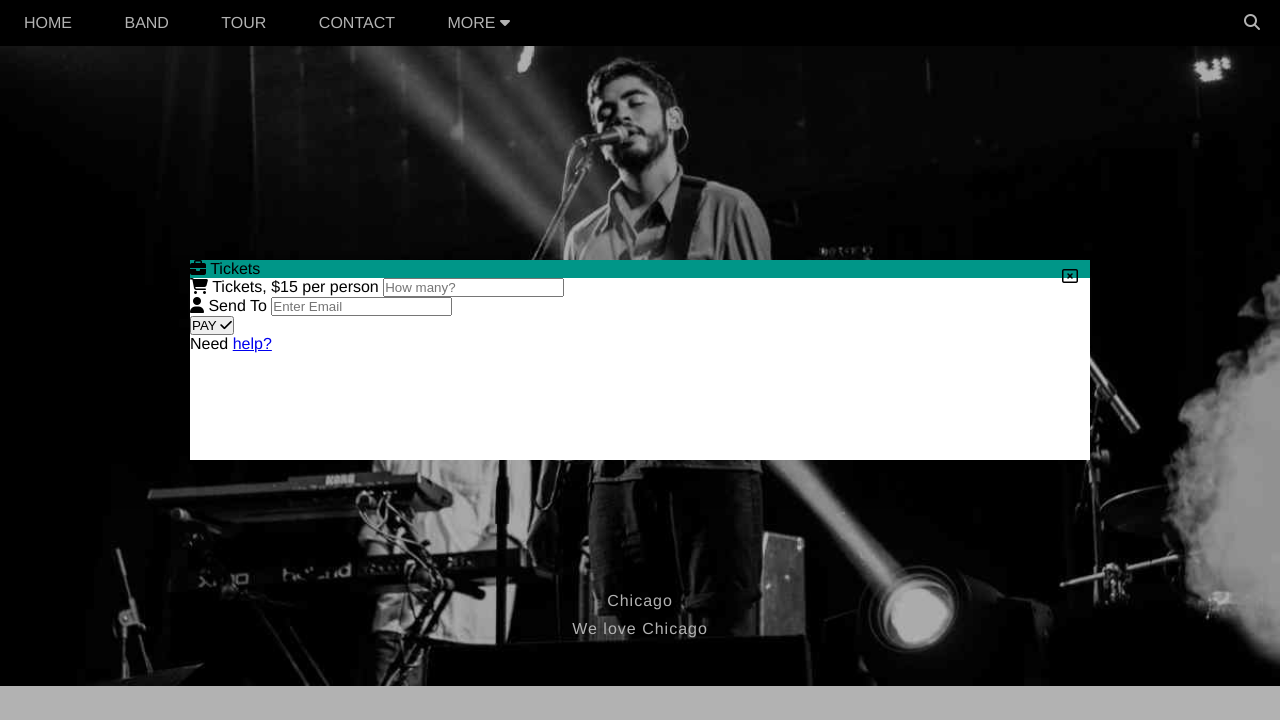
Repository: NguyenMinhChau/Theband
Page: index.html
These files come from the project's save history. The page is drawn as it stood at one moment and after a run of saves; the edit follows.
The browser window is 1280 px wide. The pictures show the window.
A layer covers the whole window, so only the first screen is drawn. Some web libraries are served in a nearby version.

Above is the page before, as saved 2021-10-23 12:56:33.

### index.html
<!DOCTYPE html>
<html lang="en">
<head>
    <meta charset="UTF-8">
    <meta http-equiv="X-UA-Compatible" content="IE=edge">
    <meta name="viewport" content="width=device-width, initial-scale=1.0">
    <title>THE BAND</title>
    <link rel="icon" href="https://www.w3schools.com/w3css/img_la.jpg"/>
    <script src="https://kit.fontawesome.com/a7b0f58175.js" crossorigin="anonymous"></script>
    <link rel="stylesheet" href="./assets/css/style.css">
</head>
<body>
    <div id="main">
        <div id="header">
            <!-- Begin Navigation -->
            <ul id="nav">
                <li><a href="#">Home</a></li>
                <li><a href="#">Band</a></li>
                <li><a href="#">Tour</a></li>
                <li><a href="#">Contact</a></li>
                <li><a href="#">More <i class="fas fa-caret-down"></i></a>
                    <ul class="subnav">
                        <li><a href="#">Merchandise</a></li>
                        <li><a href="#">Extras</a></li>
                        <li><a href="#">Media</a></li>
                    </ul>
                </li>
            </ul>
            <!-- End Navigation -->

            <!-- Begin Search -->
            <div class="icon-search">
                <a href="#"><i class="header-icon-search fas fa-search"></i></a>
            </div>
            <!-- End Search -->
        </div>

        <div id="slider">
            <div class="description">
                <h4>Chicago</h4>
                <p>We love Chicago</p>
            </div>
        </div>

        <div id="content">
            <!-- section: dành cho những phần dùng chung -->
            <!-- ABOUT SECTION -->
            <div class="content-section">
                <h2 class="section-heading">The Band</h2>
                <p class="section-subheading">We love music</p>
                <p class="about-text">We have created a fictional band website. Lorem ipsum dolor sit amet, consectetur adipiscing elit, sed do eiusmod tempor incididunt ut labore et dolore magna aliqua. Ut enim ad minim veniam, quis nostrud exercitation ullamco laboris nisi ut aliquip ex ea commodo consequat. Duis aute irure dolor in reprehenderit in voluptate velit esse cillum dolore eu fugiat nulla pariatur. Excepteur sint occaecat cupidatat non proident, sunt in culpa qui officia deserunt mollit anim id est laborum consectetur adipiscing elit, sed do eiusmod tempor incididunt ut labore et dolore magna aliqua. Ut enim ad minim veniam, quis nostrud exercitation ullamco laboris nisi ut aliquip ex ea commodo consequat.</p>
                <div class="members-list">
                    <div class="member-item">
                        <p class="member-name">Name</p>
                        <img src="./assets/img/about_member01.jpg" alt="" class="member-avata">
                    </div>
                    <div class="member-item">
                        <p class="member-name">Name</p>
                        <img src="./assets/img/about_member01.jpg" alt="" class="member-avata">
                    </div>
                    <div class="member-item">
                        <p class="member-name">Name</p>
                        <img src="./assets/img/about_member01.jpg" alt="" class="member-avata">
                    </div>
                    <div class="clear"></div>
                </div>
            </div>

            <!-- TOUR SECTION -->
            <div class="tour-section">
                <div class="content-section">
                    <h2 class="section-heading text-white">Tours Dates</h2>
                    <p class="section-subheading text-white">Remember to book your tickets!</p>
                    <ul class="tickets-list">
                        <li>September <span class="sold-out">Sold out</span></li>
                        <li>October <span class="sold-out">Sold out</span></li>
                        <li>November <span class="quantity">3</span></li>
                    </ul>
                    <div class="places-list">
                        <div class="place-item">
                            <img src="./assets/img/tour_place01.jpg" alt="New York" class="place-img">
                            <div class="place-body">
                                <h3 class="place-heading">New York</h3>
                                <p class="place-time">Fri 27 Nov 2016</p>
                                <p class="plave-desc">Praesent tincidunt sed tellus ut rutrum sed vitae justo.</p>
                                <a href="#" class="place-buy-btn">Buy Tickets</a>
                            </div>
                        </div>
                        <div class="place-item">
                            <img src="./assets/img/tour_place_02.jpg" alt="New York" class="place-img">
                            <div class="place-body">
                                <h3 class="place-heading">Paris</h3>
                                <p class="place-time">Sat 28 Nov 2016</p>
                                <p class="plave-desc">Praesent tincidunt sed tellus ut rutrum sed vitae justo.</p>
                                <a href="#" class="place-buy-btn">Buy Tickets</a>
                            </div>
                        </div>
                        <div class="place-item">
                            <img src="./assets/img/tour_place_03.jpg" alt="New York" class="place-img">
                            <div class="place-body">
                                <h3 class="place-heading">San Francisco</h3>
                                <p class="place-time">Sun 29 Nov 2016</p>
                                <p class="plave-desc">Praesent tincidunt sed tellus ut rutrum sed vitae justo.</p>
                                <a href="#" class="place-buy-btn">Buy Tickets</a>
                            </div>
                        </div>
                        <div class="clear"></div>
                    </div>
                </div>
            </div>

            <!-- CONTACT SECTION -->
            <div class="content-section">
                <h2 class="section-heading">Contact</h2>
                <p class="section-subheading">Fan? Drop a note!</p>
            </div>
        </div>

        <div id="footer">

        </div>
    </div>
    <!-- BEGIN MODEL -->
    <div class="modal">
        <div class="modal-container">
            <div class="modal-close">
                <i class="far fa-window-close"></i>
            </div>

            <header class="modal-header">
                <i class="fas fa-briefcase"></i> Tickets
            </header>

            <div class="modal-body">
                <div class="form-group">
                    <label for="" class="modal-label">
                        <i class="fas fa-shopping-cart"></i>
                        Tickets, $15 per person
                    </label>
                    <input type="text" class="modal-input" placeholder="How many?">
                </div>

                <div class="form-group">
                    <label for="" class="modal-label">
                        <i class="fas fa-user"></i>
                        Send To
                    </label>
                    <input type="email" class="modal-input" placeholder="Enter Email">
                </div>

                <button id="buy-tickets">
                    PAY <i class="fas fa-check"></i>
                </button>
            </div>

            <footer class="modal-footer">
                <p class="modal-help">Need
                    <a href="#">help?</a>
                </p>
            </footer>
        </div>
    </div>
    <!-- END MODAL -->
    <script src="assets/js/main.js"></script>
</body>
</html>

### assets/css/style.css
:root{
    --header-height: 46px;
}
*{
    box-sizing: border-box;
    margin: 0;
    padding: 0;
}

html{
    font-family: Helvetica, Arial, sans-serif;
}

.clear{
    clear: both;
}

.text-white{
    color: #fff !important;
}

/* BEGIN CSS HEADER */
#header{
    height: var(--header-height);
    background-color: #000;
    position: fixed;
    top: 0;
    left: 0;
    right: 0;
}

#nav{
    display: inline-block;
}

#nav,
#subnav{
    list-style-type: none;
}

#nav li{
    display: inline-block;
    position: relative;
}

#nav > li > a{
    color: #fff;
    text-transform: uppercase;
}

#nav li a {
    text-decoration: none;
    line-height: var(--header-height);
    padding: 0 24px;

    display: block;
}

#nav > li:hover > a,
#nav .subnav li:hover a {
    color: #000;
    background-color: #ccc;
}

#nav > li:hover .subnav{
    display: block;
}

#nav .subnav{
    display: none;
    position: absolute;
    background-color: #fff;
    box-shadow: 0 0 10px rgba(0,0,0,0.3);
    color: #000;
    top: 100%;
    left: 0;
}

#nav .subnav li a{
    color: #000;
    padding: 0 12px;
    line-height: 38px;
    min-width: 160px;
}

#nav .subnav li{
    display: block;
}

#header .icon-search{
    /* position: absolute;
    top: 0;
    right: 0; */
    float: right;
    line-height: var(--header-height);
    padding: 0 20px;
}

#header .icon-search a{
    text-decoration: none;
}

#header .icon-search:hover{
    background-color: rgb(255, 39, 39);
    cursor: pointer;
}

#header .icon-search .header-icon-search{
    color: #fff;
}
/* END CSS HEADER */


/* BEGIN CSS SLIDER */
#slider{
    position: relative;
    margin-top: var(--header-height);
    /* Kỹ thuật tạo ảnh không bị méo khi thay đổi kích thước */
    padding-top: 50%; /* % là theo chiều ngang của chính nó*/

    /* Khi dùng padding như trên -> ta dùng bg-image để tạo ảnh vì có thể đổ ảnh từ padding */
    background: url('../img/slider_band_chicago.jpg') no-repeat center / cover;
    z-index: -1;
}

#slider .description{
    position: absolute;
    bottom: 0;
    left: 50%;
    transform: translateX(-50%);

    color: #fff;
    text-align: center;
    margin-bottom: 48px;
    letter-spacing: 1px;
}

#slider .description h4,
#slider .description p{
    text-shadow: 0 0 10 rgba(0,0,0,0.5);
}

#slider .description h4{
    font-weight: 540;
    padding: 10px 0;
}
/* END CSS SLIDER */

/* BEGIN CSS CONTENT */
/* CSS ABOUT */
#content .content-section{
    width: 800px;
    margin: auto;
    padding: 64px 0;
}

#content .section-heading,
#content .section-subheading{
    text-align: center;
}

#content .section-heading{
    font-size: 30px;
    font-weight: 500;
    text-transform: uppercase;
    letter-spacing: 4px;
}

#content .section-subheading{
    font-size: 15px;
    font-style: italic;
    margin: 25px 0;
    opacity: 0.7;
}

#content .about-text{
    text-align: justify;
    font-size: 15px;
    line-height: 1.4;
}

#content .members-list{
    margin-top: 48px;
}

#content .member-item{
    float: left;
    text-align: center;
    width: calc(100% / 3);
}

#content .member-name{
    font-size: 15px;
}

#content .member-avata{
    margin-top: 15px;
    width: 154px;
    border-radius: 5px;
}

/* CSS TOUR */
#content .tour-section{
    background-color: #000;
}

#content .tickets-list{
    background-color: #fff;
    margin: 40px 0;
    list-style: none;
}

#content .tickets-list li{
    font-size: 15px;
    padding: 12px 16px;
    border-bottom: 1px solid #ddd;
    color: #757575;
}

#content .tickets-list .sold-out{
    background-color: #f44336;
    color: #fff;
    padding: 3px 4px;
    margin-left: 16px;
}

#content .tickets-list .quantity{
    float: right;
    background-color: #000;
    border-radius: 50%;
    width: 24px;
    height: 24px;
    color: #fff;
    text-align: center;
    line-height: 24px;
    margin-top: -3px;
}

#content .tour-section .places-list{
    margin: 0 -8px 48px;
}

#content .place-item{
    float: left;
    width: calc(100% / 3);
    padding: 0 8px;
}

#content .place-img{
    width: 100%;
    display: block;
}

#content .place-img:hover{
    opacity: 0.7;
}

#content .place-body{
    background-color: #fff;
    padding: 16px;
    font-size: 15px;
}

#content .place-heading{
    font-weight: 550;
}

#content .place-time{
    margin: 15px 0;
    color: #757575;
}

#content .plave-desc{
    line-height: 1.4;
}

#content .place-buy-btn{
    text-decoration: none;
    background-color: #000;
    color: #fff;
    padding: 11px 16px;
    /* Khắc phục tình trạng button che thẻ description */
    display: inline-block;
    margin-top: 15px;
}

#content .place-buy-btn:hover{
    background-color: #ccc;
    color: #000;
}
/* END CSS CONTENT */


#footer{

}

/* BEGIN CSS MODAL */
.modal{
    position: fixed;
    top: 0;
    bottom: 0;
    right: 0;
    left: 0;
    background: rgba(0,0,0,0.3);
    display: flex;
    align-items: center;
    justify-content: center;
    padding: 0 15px;
}

.modal-container{
    position: relative;
    background-color: #fff;
    width: 900px;
    min-height: 200px;
}

.modal-close{
    position: absolute;
    top: 8px;
    right: 12px;
}

.modal-header{
    height: 129ox;
    background: #009688;
}

.modal-body{

}

.modal-label{

}

.modal-input{

}
/* END CSS MODAL */

Loaded but not shown: assets/js/main.js (no stored copy; drawn as an empty file)

After the next 3 saves:
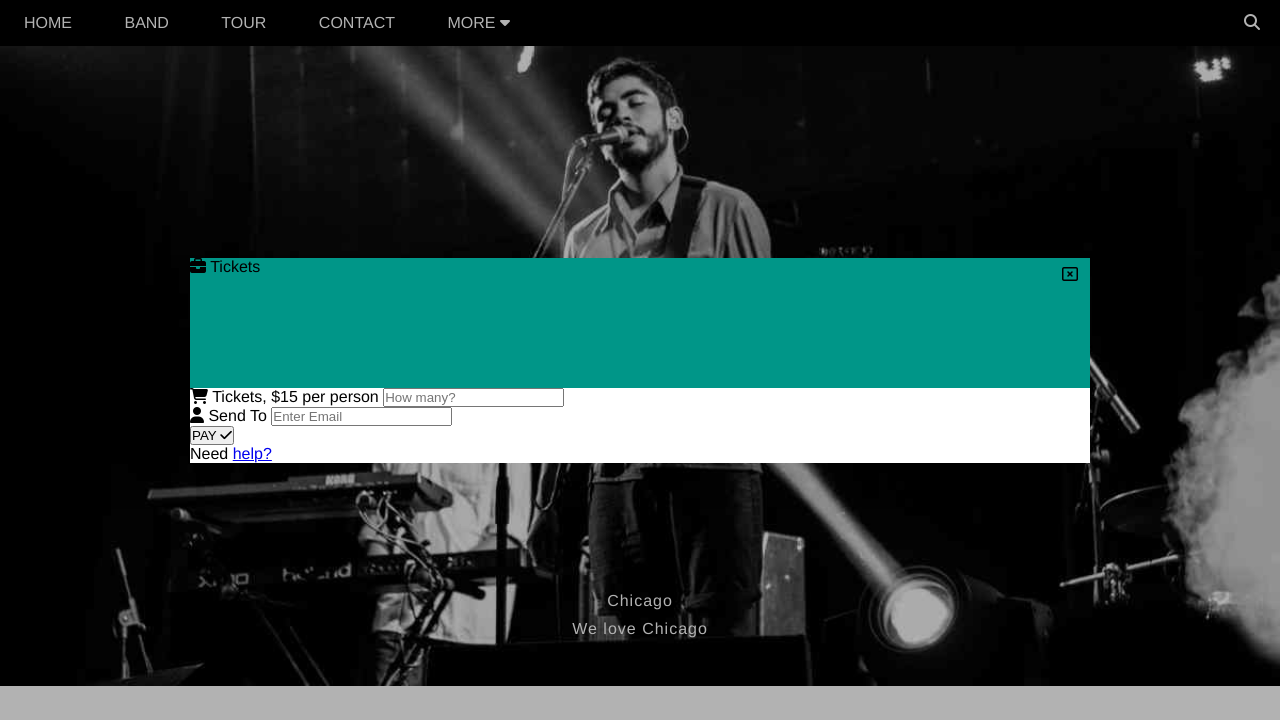
The 3 saves are shown as one change because they came seconds apart.
The last was saved 8 s later.
--- a/assets/css/style.css
+++ b/assets/css/style.css
@@ -323,7 +323,7 @@
 }
 
 .modal-header{
-    height: 129ox;
+    height: 130px;
     background: #009688;
 }
 
